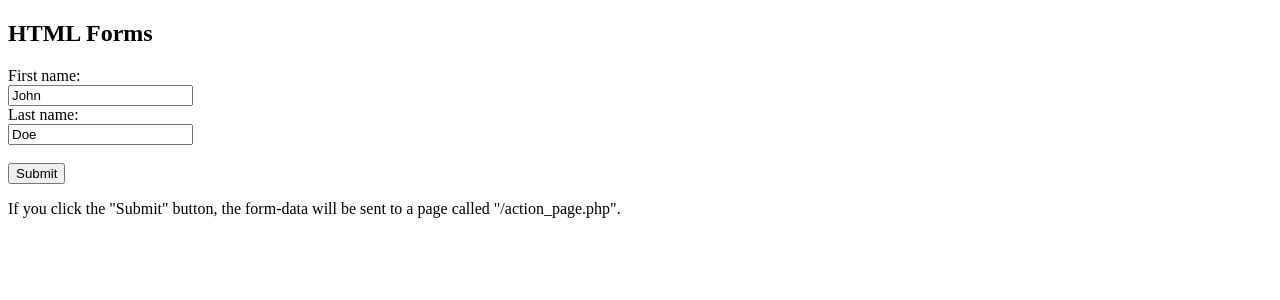
Repository: Rohitcoolkashyap/test1
Page: index.html
An editor plug-in stored every save of this project. The page is shown before and after the next save, followed by the edit.
The browser window is 1280 px wide. The pictures show the whole page.

Above is the page before, as saved 2022-08-05 11:10:20.

### index.html
<!DOCTYPE html>
<html>
<body>

<h2>HTML Forms</h2>

<form">
  <label for="fname">First name:</label><br>
  <input type="text" id="fname" name="fname" value="John"><br>
  <label for="lname">Last name:</label><br>
  <input type="text" id="lname" name="lname" value="Doe"><br><br>
  <input type="submit" value="Submit">
</form>

<p>If you click the "Submit" button, the form-data will be sent to a page called "/action_page.php".</p>

</body>
</html>

After the next save:
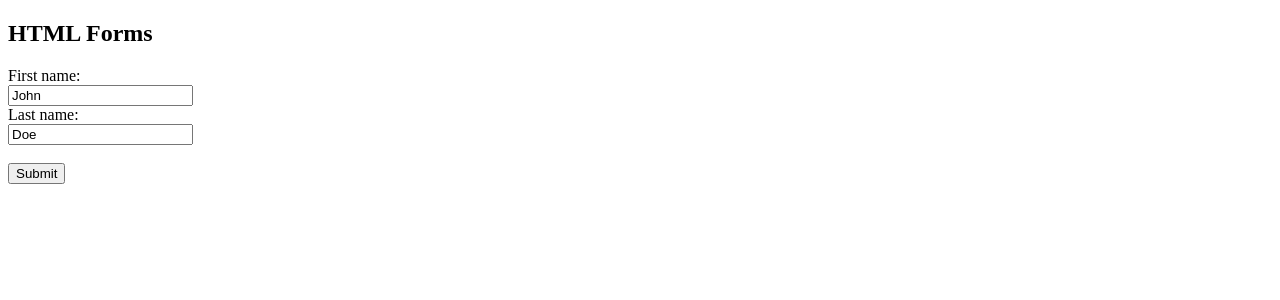
Saved 5 s later.
--- a/index.html
+++ b/index.html
@@ -12,7 +12,6 @@
   <input type="submit" value="Submit">
 </form>
 
-<p>If you click the "Submit" button, the form-data will be sent to a page called "/action_page.php".</p>
 
 </body>
 </html>
